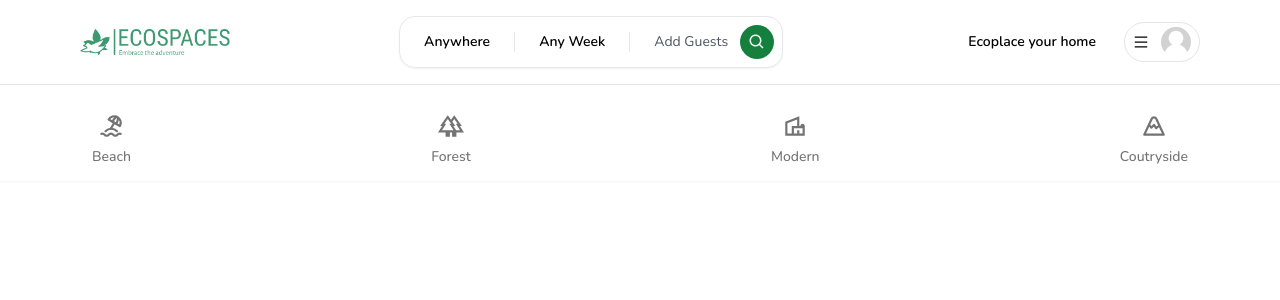
Repository: LubegaH/Ecospaces
Page: /
An editor plug-in stored every save of this project. The page is shown before and after the next save, followed by the edit.
The browser window is 1280 px wide. The pictures show the whole page.
The page's requests for data from a server got no answer. The project was rebuilt for these pictures with package versions that can differ from the ones it lists, and the page was loaded fresh each time. The framework's server and built-in components were replaced by stand-ins that run in the browser. No one was signed in, and anything a server would have sent is missing. Also part of the build but not shown: next.config.js, app/components/nabar/MenuItem.tsx, app/components/Button.tsx, app/components/modals/Modal.tsx, app/components/Heading.tsx, app/components/input/Input.tsx.

Above is the page before, as saved 2023-08-11 19:02:46.

### app/layout.tsx
import './globals.css';
import { Nunito } from 'next/font/google';
import React from 'react';
import Navbar from '@/app/components/nabar/Navbar';
import ClientOnly from '@/app/components/ClientOnly';
import RegisterModel from '@/app/components/modals/RegisterModel';
import Modal from '@/app/components/modals/Modal';
import ToasterProvider from './providers/ToasterProvider';
import LoginModel from './components/modals/LoginModel';
import getCurrentUser from './actions/getCurrentUser';

const nunito = Nunito({ subsets: ['latin'] });

export const metadata = {
  title: 'Ecospaces',
  description: 'The quickest way to find lodges',
};

export default async function RootLayout({
  children,
}: {
  children: React.ReactNode;
}) {
  const currentUser = await getCurrentUser();
  return (
    <html lang='en'>
      <body className={nunito.className}>
        <ClientOnly>
          {/*<Modal title={'Hello World'} isOpen actionLabel="Sign In"/>*/}
          <ToasterProvider />
          <RegisterModel />
          <LoginModel />
          <Navbar currentUser={currentUser} />
        </ClientOnly>

        {children}
      </body>
    </html>
  );
}

### app/components/nabar/Navbar.tsx
'use client';
import Container from '../Container';
import Logo from '@/app/components/nabar/Logo';
import Search from '@/app/components/nabar/Search';
import UserMenu from '@/app/components/nabar/UserMenu';
import { SafeUser } from '@/app/types';
import Categories from './Categories';

interface NavbarProps {
  currentUser?: SafeUser | null;
}

const Navbar: React.FC<NavbarProps> = ({ currentUser }) => {
  return (
    <div className='fixed w-full bg-white z-10 shadow-sm'>
      <div className='py-4 border-b-[1px]'>
        <Container>
          <div
            className='
                    flex
                    flex-row
                    items-center
                    justify-between
                    gap-3
                    md:gap-0'
          >
            <Logo />
            <Search />
            <UserMenu currentUser={currentUser} />
          </div>
        </Container>
      </div>
      <Categories />
    </div>
  );
};

export default Navbar;

### app/components/ClientOnly.tsx
'use client';

import React, {useEffect, useState} from "react";

interface ClientOnlyProps{
    children: React.ReactNode;
}

const ClientOnly: React.FC<ClientOnlyProps> = ({children}) => {
    const [hasMounted, setHasMounted] = useState(false)

    useEffect(() => {
        setHasMounted(true)
    }, []);

    if(!hasMounted) {
        return null;
    }
    return(
        <>
            {children}
        </>
    )
}

export default ClientOnly

### app/components/modals/RegisterModel.tsx
'use client';

/**
 * RegisterModel Component
 *
 * A component for the registration modal in the application.
 *
 * Props:
 * - None
 *
 * Usage:
 * ```tsx
 * <RegisterModel />
 * ```
 */

import axios from 'axios';
import { AiFillGithub } from 'react-icons/ai';
import { FcGoogle } from 'react-icons/fc';
import { useState, useCallback } from 'react';
import {
  FieldValue,
  FieldValues,
  SubmitHandler,
  useForm,
} from 'react-hook-form';
import useRegisterModal from '@/app/hooks/useRegisterModal';
import Modal from './Modal';
import Heading from '../Heading';
import Input from '../input/Input';
import { toast } from 'react-hot-toast';
import Button from '../Button';
import { signIn } from 'next-auth/react';

/**
 * RegisterModel Component
 *
 * A component for the registration modal in the application.
 *
 * @returns The RegisterModel component.
 */

const RegisterModel = () => {
  const registerModal = useRegisterModal();
  const [isLoading, setIsLoading] = useState(false);

  /**
   * React Hook Form configuration
   */
  const {
    register,
    handleSubmit,
    formState: { errors },
  } = useForm<FieldValues>({
    defaultValues: {
      name: '',
      email: '',
      password: '',
    },
  });

  /**
   * Form submission handler
   *
   * @param data - The form data submitted by the user.
   */
  const onSubmit: SubmitHandler<FieldValues> = (data) => {
    setIsLoading(true);
    axios
      .post('/api/register', data)
      .then(() => {
        // Registration successful
        registerModal.onClose();
      })
      .then(() => {
        registerModal.onClose();
      })
      .catch((error) => {
        // Error occurred during registration
        toast.error('Oops! Something went wrong...');
      })
      .finally(() => {
        // Reset loading state
        setIsLoading(false);
      });
  };

  /**
   * JSX content for the modal body
   */
  const bodyContent = (
    <div className='flex flex-col gap-4'>
      <Heading title='Welcome to Ecospaces' subtitle='Create an account' />
      <Input
        id='email'
        register={register}
        label='Email'
        disabled={isLoading}
        errors={errors}
        required
      />
      <Input
        id='name'
        register={register}
        label='Name'
        disabled={isLoading}
        errors={errors}
        required
      />
      <Input
        id='password'
        type='password'
        register={register}
        label='Password'
        disabled={isLoading}
        errors={errors}
        required
      />
    </div>
  );

  const footerContent = (
    <div className='flex flex-col gap-4 mt-3'>
      <hr />
      {/* TODO: Fix github-auth error */}
      <Button
        outline
        label='Continue with Google'
        icon={FcGoogle}
        onClick={() => signIn('google')}
      />
      {/* TODO: Fix google-auth error */}
      <Button
        outline
        label='Continue with Github'
        icon={AiFillGithub}
        onClick={() => signIn('github')}
      />
      <div className='text-neutral-500 text-center mt-4 font-light'>
        <div className='flex flex-row items-center gap-2 justify-center'>
          <div>Already have an account?</div>
          <div
            onClick={registerModal.onClose}
            className='text-green-700 cursor-pointer hover:underline font-semibold'
          >
            Log in
          </div>
        </div>
      </div>
    </div>
  );

  return (
    <Modal
      isOpen={registerModal.isOpen}
      disabled={isLoading}
      title='Register'
      actionLabel='Continue'
      onClose={registerModal.onClose}
      onSubmit={handleSubmit(onSubmit)}
      body={bodyContent}
      footer={footerContent}
    />
  );
};

export default RegisterModel;

### app/components/modals/LoginModel.tsx
'use client';

import axios from 'axios';
import { AiFillGithub } from 'react-icons/ai';
import { FcGoogle } from 'react-icons/fc';
import { useState, useCallback } from 'react';
import {
  FieldValue,
  FieldValues,
  SubmitHandler,
  useForm,
} from 'react-hook-form';
import useRegisterModal from '@/app/hooks/useRegisterModal';
import useLoginModel from '@/app/hooks/useLoginModal';
import Modal from './Modal';
import Heading from '../Heading';
import Input from '../input/Input';
import { toast } from 'react-hot-toast';
import Button from '../Button';
import { signIn } from 'next-auth/react';
import { useRouter } from 'next/navigation';

/**
 * LoginModel Component
 *
 * A component for the registration modal in the application.
 *
 * @returns The LoginModel component.
 */

const LoginModel = () => {
  const registerModal = useRegisterModal();
  const loginModal = useLoginModel();
  const [isLoading, setIsLoading] = useState(false);
  const router = useRouter();

  /**
   * React Hook Form configuration
   */
  const {
    register,
    handleSubmit,
    formState: { errors },
  } = useForm<FieldValues>({
    defaultValues: {
      email: '',
      password: '',
    },
  });

  /**
   * Form submission handler
   *
   * @param data - The form data submitted by the user.
   */
  const onSubmit: SubmitHandler<FieldValues> = (data) => {
    setIsLoading(true);

    signIn('credentials', {
      ...data,
      redirect: false,
    }).then((callback) => {
      setIsLoading(false);

      if (callback?.ok) {
        toast.success('You are in!');
        router.refresh();
        loginModal.onClose();
      }

      if (callback?.error) {
        toast.error(callback.error);
      }
    });
  };

  /**
   * JSX content for the modal body
   */
  const bodyContent = (
    <div className='flex flex-col gap-4'>
      <Heading
        title='Happy to see you back!'
        subtitle='Login to your account'
      />
      <Input
        id='email'
        register={register}
        label='Email'
        disabled={isLoading}
        errors={errors}
        required
      />
      <Input
        id='password'
        type='password'
        register={register}
        label='Password'
        disabled={isLoading}
        errors={errors}
        required
      />
    </div>
  );

  const footerContent = (
    <div className='flex flex-col gap-4 mt-3'>
      <hr />
      <Button
        outline
        label='Continue with Google'
        icon={FcGoogle}
        onClick={() => signIn('google')}
      />
      <Button
        outline
        label='Continue with Github'
        icon={AiFillGithub}
        onClick={() => signIn('github')}
      />
      <div className='text-neutral-500 text-center mt-4 font-light'>
        <div className='flex flex-row items-center gap-2 justify-center'>
          <div>Already have an account?</div>
          <div
            onClick={registerModal.onClose}
            className='text-green-700 cursor-pointer hover:underline font-semibold'
          >
            Log in
          </div>
        </div>
      </div>
    </div>
  );

  return (
    <Modal
      isOpen={loginModal.isOpen}
      disabled={isLoading}
      title='Login'
      actionLabel='Continue'
      onClose={loginModal.onClose}
      onSubmit={handleSubmit(onSubmit)}
      body={bodyContent}
      footer={footerContent}
    />
  );
};

export default LoginModel;

### app/actions/getCurrentUser.ts
import { getServerSession } from 'next-auth/next';
import { authOptions } from '@/pages/api/auth/[...nextauth]';
import prisma from '@/app/libs/prismadb';

export async function getSession() {
  return await getServerSession(authOptions);
}

export default async function getCurrentUser() {
  try {
    const session = await getSession();

    if (!session?.user?.email) {
      return null;
    }

    const currentUser = await prisma.user.findUnique({
      where: {
        email: session.user.email as string,
      },
    });

    if (!currentUser) {
      return null;
    }
    return {
      ...currentUser,
      createdAt: currentUser.createdAt.toISOString(),
      updatedAt: currentUser.updatedAt.toISOString(),
      emailVerified: currentUser.emailVerified?.toISOString() || null,
    };
  } catch (error: any) {
    return null;
  }
}

### app/components/Container.tsx
'use client';

import React from "react";

interface ContainerProps {
    children: React.ReactNode
}
const Container: React.FC<ContainerProps> = ({children}) => {
    return (
        <div className="max-w-[2520px]
        mx-auto
        xl:px-20
        md:px-10
        sm:px-2
        px-4"> {children}</div>
    )
}

export default Container;

### app/components/nabar/Logo.tsx
'use client'

import Image from 'next/image'
import {useRouter} from "next/navigation";

const Logo = () => {
    const router = useRouter()

    return (
        <Image
            src="/images/ecospace_logo.png"
            alt="Logo"
            className="hidden md:block cursor-pointer"
            width="150"
            height="150"
        />
    )
}

export default Logo

### app/components/nabar/Search.tsx
'use client'

import {BiSearch} from "react-icons/bi";

const Search = () => {

    return (
        <div className="
        border-[1px]
        w-full
        md:w-auto
        py-2
        rounded-2xl
        shadow-sm
        hover:shadow-md
        transition
        cursor-pointer">

            <div className="flex flex-row items-center justify-between">
                <div className="text-sm font-semibold px-6">Anywhere</div>
                <div className="
                hidden
                sm:block
                text-sm
                font-semibold
                px-6
                border-x-[1px]
                flex-1
                text-center">
                    Any Week
                </div>
                <div className="
                text-sm
                pl-6
                pr-2
                text-gray-600
                flex
                flex-row
                items-center
                gap-3">
                    <div className="hidden sm:block">Add Guests</div>
                    <div className="p-2 bg-green-700 rounded-full text-green-50">
                        <BiSearch size={18}/>
                    </div>
                </div>
            </div>
        </div>
    );
}

export default Search

### app/components/nabar/UserMenu.tsx
'use client';

import { AiOutlineMenu } from 'react-icons/ai';
import Avatar from '@/app/components/Avatar';
import React, { useCallback, useState } from 'react';
import MenuItem from '@/app/components/nabar/MenuItem';
import useRegisterModel from '@/app/hooks/useRegisterModal';
import useLoginModel from '@/app/hooks/useLoginModal';
import { signOut } from 'next-auth/react';
import { SafeUser } from '@/app/types';

interface UserMenuProps {
  currentUser?: SafeUser | null;
}

const UserMenu: React.FC<UserMenuProps> = ({ currentUser }) => {
  const [isOpen, setIsOpen] = useState(false);
  const regiserModal = useRegisterModel();
  const loginModal = useLoginModel();

  const toggleOpen = useCallback(() => {
    setIsOpen((value) => !value);
  }, []);

  return (
    <div className='relative'>
      <div className='flex flex-row items-center gap-3'>
        <div
          className='
                hidden
                md:block
                text-sm
                font-semibold
                py-3
                px-4
                rounded-full
                hover:bg-neutral-100
                transition
                cursor-pointer'
          onClick={() => {}}
        >
          Ecoplace your home
        </div>
        <div
          onClick={toggleOpen}
          className='
                p-4
                md:py-1
                md:px-2
                border-[1px]
                border-neutral-200
                flex
                flex-row
                items-center
                gap-3
                rounded-full
                cursor-pointer
                hover:shadow-md
                transtion'
        >
          <AiOutlineMenu />
          <div className='hidden md:block'>
            <Avatar src={currentUser?.image} />
          </div>
        </div>
      </div>
      {isOpen && (
        <div
          className='
                absolute
                rounded-xl
                shadow-md
                w-[40vw]
                md:w-3/4
                bg-white
                overflow-hidden
                right-0
                top-12
                text-sm'
        >
          <div className='flex flex-col cursor-pointer'>
            {currentUser ? (
              <>
                <MenuItem onClick={() => {}} label='My trips' />
                <MenuItem onClick={() => {}} label='My favorites' />
                <MenuItem onClick={() => {}} label='My reservations' />
                <MenuItem onClick={() => {}} label='My properties' />
                <MenuItem onClick={() => {}} label='Ecoplace my home' />
                <hr />
                <MenuItem onClick={() => signOut()} label='Logout' />
              </>
            ) : (
              <>
                <MenuItem onClick={loginModal.onOpen} label='Login' />
                <MenuItem onClick={regiserModal.onOpen} label='Sign Up' />
              </>
            )}
          </div>
        </div>
      )}
    </div>
  );
};

export default UserMenu;

### app/components/nabar/Categories.tsx
import Container from '../Container';
import { TbBeach, TbMountain } from 'react-icons/tb';

import { MdOutlineVilla } from 'react-icons/md';
import { MdOutlineForest } from 'react-icons/md';

import CategoryBox from '../CategoryBox';
import { usePathname, useSearchParams } from 'next/navigation';

export const categories = [
  {
    label: 'Beach',
    icon: TbBeach,
    description: 'Close to the beach, you will enjoy the breeze',
  },
  {
    label: 'Forest',
    icon: MdOutlineForest,
    description: 'Interesting property with a windmill',
  },
  {
    label: 'Modern',
    icon: MdOutlineVilla,
    description: 'Modern villa for the 21st century',
  },
  {
    label: 'Coutryside',
    icon: TbMountain,
    description: 'Exquisite living in the country side',
  },
];

const Categories = () => {
  const params = useSearchParams();
  const category = params?.get('category');
  const pathName = usePathname();

  const isMainPage = pathName === '/';
  if (!isMainPage) {
    return null;
  }

  return (
    <Container>
      <div
        className='
            pt-4
            flex
            flex-row
            items-center
            justify-between
            overflow-x-auto
        '
      >
        {categories.map((item) => (
          <CategoryBox
            key={item.label}
            label={item.label}
            selected={category === item.label}
            icon={item.icon}
          />
        ))}
      </div>
    </Container>
  );
};

export default Categories;

### app/hooks/useRegisterModal.ts
import { create } from 'zustand';

interface RegisterModelStore {
  isOpen: boolean;
  onOpen: () => void;
  onClose: () => void;
}

const useRegisterModel = create<RegisterModelStore>((set) => ({
  isOpen: false,
  onOpen: () => set({ isOpen: true }),
  onClose: () => set({ isOpen: false }),
}));

export default useRegisterModel;

### app/hooks/useLoginModal.ts
import { create } from 'zustand';

interface LoginModelStore {
  isOpen: boolean;
  onOpen: () => void;
  onClose: () => void;
}

const useLoginModel = create<LoginModelStore>((set) => ({
  isOpen: false,
  onOpen: () => set({ isOpen: true }),
  onClose: () => set({ isOpen: false }),
}));

export default useLoginModel;

### pages/api/auth/[...nextauth].ts
/**
 * Authentication Options and Configuration
 *
 * This module contains the authentication options and configuration for NextAuth.js.
 * It sets up various authentication providers, such as Google, GitHub, and Credentials (local).
 * Additionally, it defines an authorization function for the Credentials provider to handle local user authentication.
 * The authentication options and configuration are exported and used in the main NextAuth.js configuration file.
 */

import { PrismaAdapter } from '@next-auth/prisma-adapter';
import NextAuth, { AuthOptions } from 'next-auth';
import GoogleProvider from 'next-auth/providers/google';
import CredentialsProvider from 'next-auth/providers/credentials';
import GithubProvider from 'next-auth/providers/google';
import bcrypt from 'bcrypt';

import prisma from '@/app/libs/prismadb';

/**
 * Authentication Options and Configuration
 *
 * The `authOptions` object defines the authentication configuration for NextAuth.js.
 *
 * @property {PrismaAdapter} adapter - The PrismaAdapter instance to handle user authentication and session management with Prisma.
 * @property {Array} providers - An array of authentication providers used for user login (Google, GitHub, Credentials).
 * @property {Object} pages - Custom pages for authentication (signIn, signOut, error).
 * @property {boolean} debug - Whether to enable debug mode in development.
 * @property {Object} session - Session configuration options (strategy).
 * @property {string} secret - The secret used to sign and encrypt cookies (NEXTAUTH_SECRET environment variable).
 */

export const authOptions: AuthOptions = {
  adapter: PrismaAdapter(prisma),
  providers: [
    GithubProvider({
      clientId: process.env.GITHUB_ID as string,
      clientSecret: process.env.GITHUB_SECRET as string,
    }),
    GoogleProvider({
      clientId: process.env.GOOGLE_CLIENT_ID as string,
      clientSecret: process.env.GOOGLE_CLIENT_SECRET as string,
    }),
    CredentialsProvider({
      name: 'credentials',
      credentials: {
        email: { label: 'email', type: 'text' },
        password: { label: 'password', type: 'password' },
      },
      async authorize(credentials, req) {
        // Custom authorization function for the Credentials provider
        if (!credentials?.email || !credentials?.password) {
          throw new Error('Email and password do not match');
        }

        const user = await prisma.user.findUnique({
          where: {
            email: credentials.email,
          },
        });
        if (!user || !user?.hashedPassword) {
          throw new Error('Invalid credentials or user does not exist!');
        }
        const isCorrectPassword = await bcrypt.compare(
          credentials.password,
          user.hashedPassword
        );
        if (!isCorrectPassword) {
          throw new Error('Invalid Password');
        }
        return user;
      },
    }),
  ],
  pages: {
    signIn: '/', // Custom sign-in page
  },
  debug: process.env.NODE_ENV === 'development',
  session: {
    strategy: 'jwt', // Session strategy using JWT
  },
  secret: process.env.NEXTAUTH_SECRET, // Secret used to sign and encrypt cookies
};

export default NextAuth(authOptions);

### app/components/Avatar.tsx
'use client';
import Image from 'next/image';

interface AvatarProps {
  src: string | null | undefined;
}

const Avatar: React.FC<AvatarProps> = ({ src }) => {
  return (
    <Image
      className='rounded-full'
      height='30'
      width='30'
      src={src || '/images/placeholder.jpg'}
      alt='Avatar'
    />
  );
};

export default Avatar;

### app/components/CategoryBox.tsx
import { useRouter, useSearchParams } from 'next/navigation';
import { useCallback } from 'react';
import { IconType } from 'react-icons';
import qs from 'query-string';

interface CategoryBoxProps {
  icon: IconType;
  label: string;
  selected?: boolean;
}

const CategoryBox: React.FC<CategoryBoxProps> = ({
  icon: Icon,
  label,
  selected,
}) => {
  const router = useRouter();
  const params = useSearchParams();

  const handleClick = useCallback(() => {
    let currentQuery = {};

    if (params) {
      currentQuery = qs.parse(params.toString());
    }
    const updatedQuery: any = {
      ...currentQuery,
      category: label,
    };

    if (params?.get(`category`) === label) {
      delete updatedQuery.category;
    }

    const url = qs.stringifyUrl(
      {
        url: '/',
        query: updatedQuery,
      },
      { skipNull: true }
    );
    router.push(url);
  }, [label, params, router]);

  return (
    <div
      onClick={handleClick}
      className={`flex flex-col items-center justify-center gap-2 p-3 border-b-2 hover:text-neutral-800 transition cursor-pointer ${
        selected ? 'border-b-neutral-800' : 'border-transparent'
      } ${selected ? 'text-neutral-800' : 'text-neutral-500'}`}
    >
      <Icon size={26} />
      <div className='font-medium text-sm'>{label}</div>
    </div>
  );
};

export default CategoryBox;

Loaded but not shown: app/page.tsx (common file); app/globals.css (common file); app/providers/ToasterProvider.tsx (common file); app/libs/prismadb.ts (common file); tailwind.config.js (common file)

After the next save:
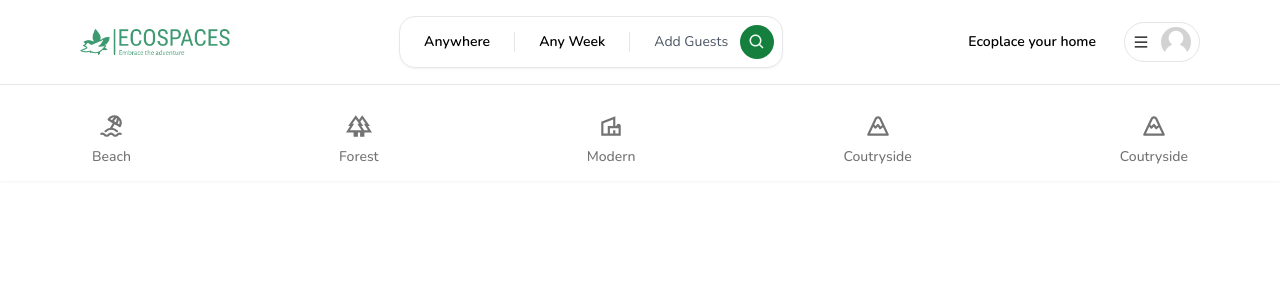
Saved 20 s later.
--- a/app/components/nabar/Categories.tsx
+++ b/app/components/nabar/Categories.tsx
@@ -22,6 +22,11 @@ export const categories = [
     label: 'Modern',
     icon: MdOutlineVilla,
     description: 'Modern villa for the 21st century',
+  },
+  {
+    label: 'Coutryside',
+    icon: TbMountain,
+    description: 'Exquisite living in the country side',
   },
   {
     label: 'Coutryside',
